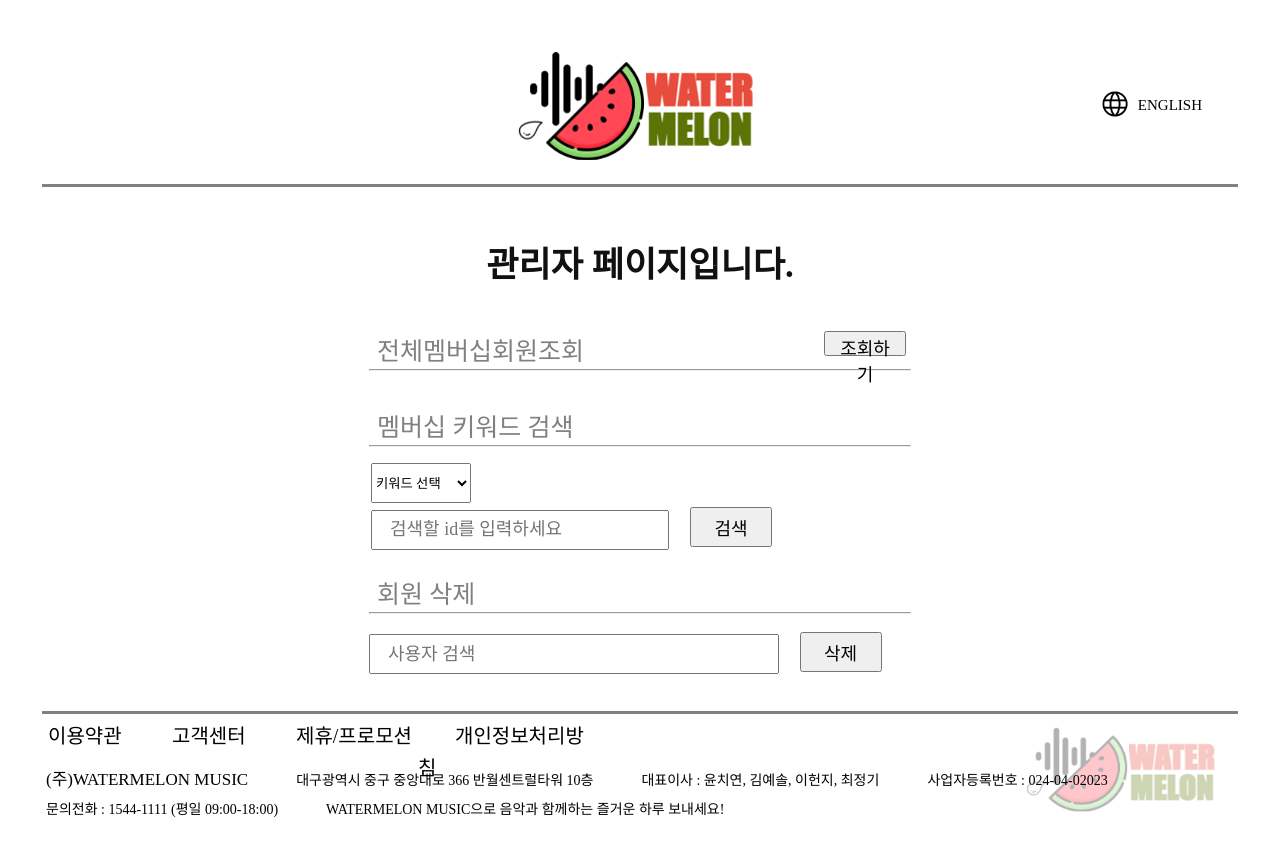
Repository: anchobb/TEAM_STS
Page: http://localhost/PJ_TEAM01/WEB-INF/views/membershipM.jsp
An editor plug-in stored every save of this project. The page is shown before and after the next save, followed by the edit.
The browser window is 1280 px wide. The pictures show the whole page.
Some web fonts or font styles are not loaded; a fallback is used. Some web libraries are served in a nearby version. The page is served by Tomcat 9. Nobody is signed in. The template is opened directly, without the code that normally fills it, so the values that code supplies are empty.

Above is the page before, as saved 2023-09-16 08:03:54.

After the next save:
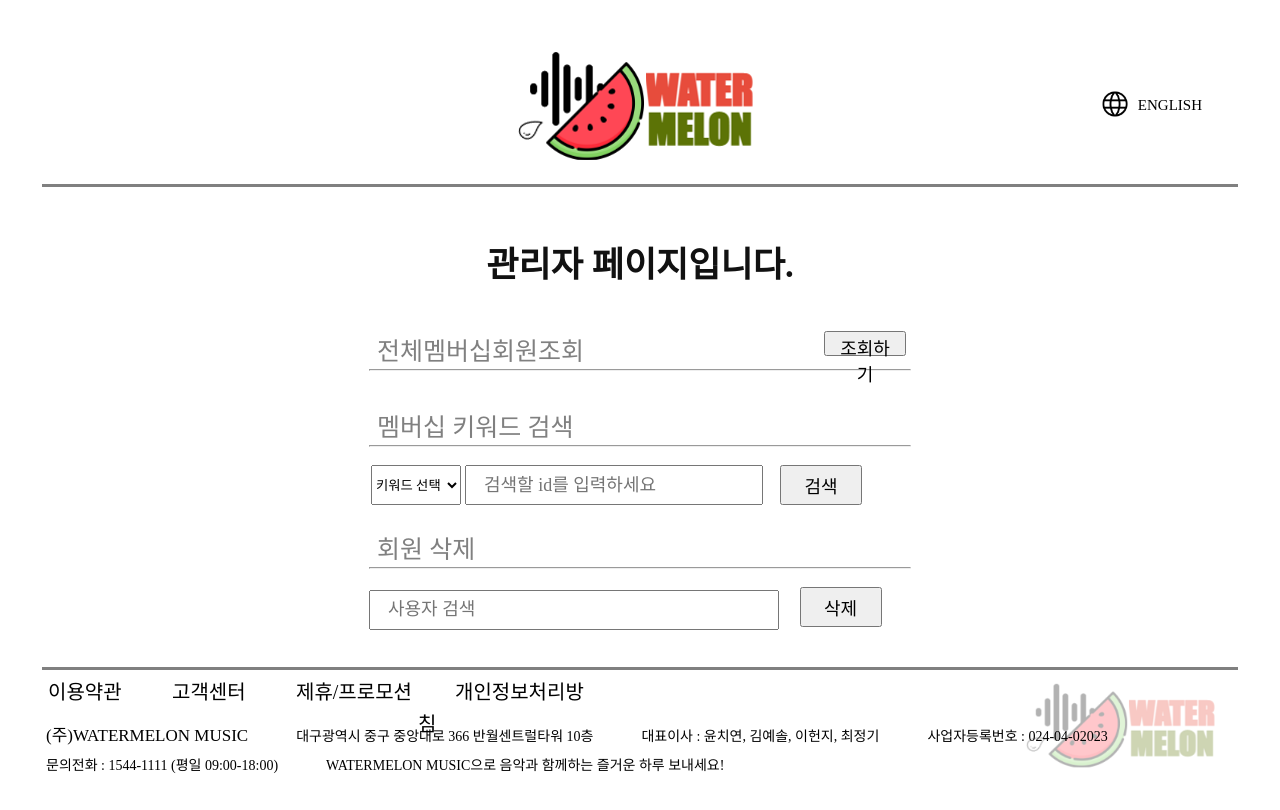
Saved 77 s later.
--- a/PJ_TEAM01/src/main/webapp/resources/static/css/membershipM_Page.css
+++ b/PJ_TEAM01/src/main/webapp/resources/static/css/membershipM_Page.css
@@ -33,9 +33,13 @@
 		color: gray;
 	}
 
+	.search_block{
+		display: flex;
+	}
+
 	.membership_M form select{
 		display: flex;
-		width: 100px;
+		width: 90px;
 		height: 40px;
 	}
 
